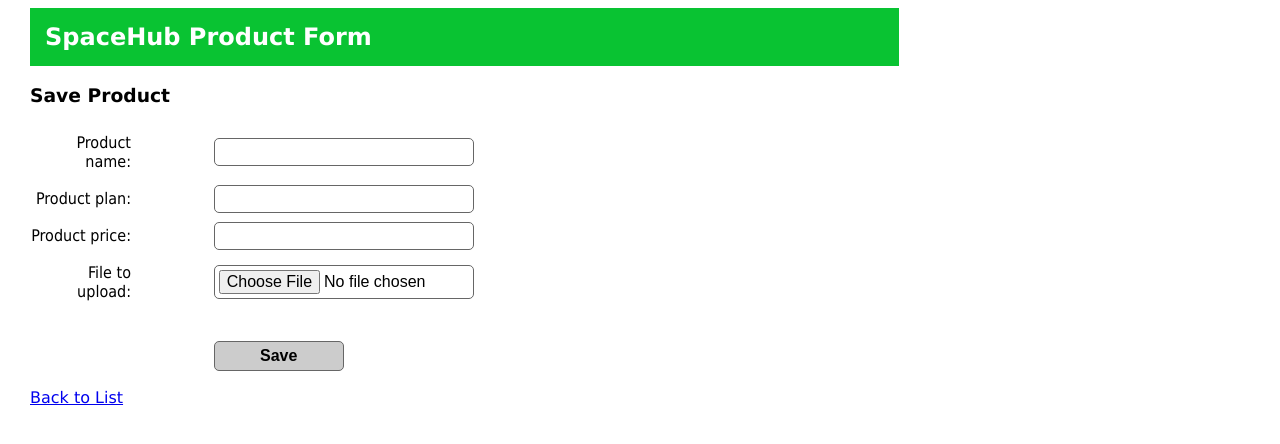
Repository: michellworld/SpaceHub-1
Page: http://localhost/spacehubWeb/WEB-INF/view/product-form.jsp
The author's editor kept a copy of each file at every save. The page is drawn from the files as they stood at one save, then again after the next save.
The browser window is 1280 px wide. The pictures show the whole page.
The page is served by Tomcat 9. Nobody is signed in. The template is opened directly, without the code that normally fills it, so the values that code supplies are empty.

Above is the page before, as saved 2020-01-08 10:07:04.

After the next save:
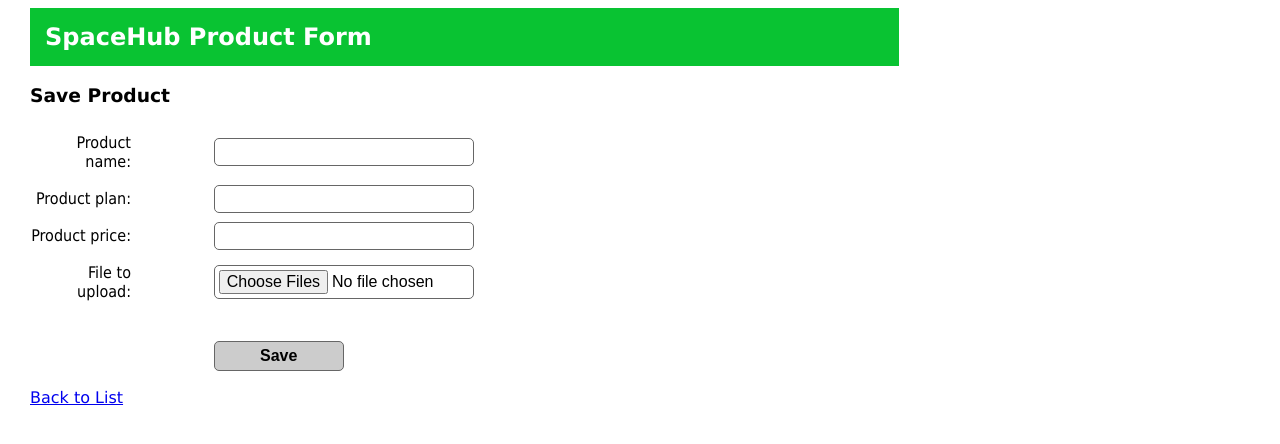
Saved 4 min 16 s later.
--- a/ProjectSpaceHub/spacehub/spacehubWeb/src/main/webapp/WEB-INF/view/product-form.jsp
+++ b/ProjectSpaceHub/spacehub/spacehubWeb/src/main/webapp/WEB-INF/view/product-form.jsp
@@ -49,7 +49,7 @@
 					</tr>
 					<tr>
 					  <td><label>File to upload:</label></td>
-					  <td><form:input type="file" path="productPhoto"/></td>
+					  <td> <input type="file" name="productPhoto" multiple="multiple"/></td>
 
 					</tr>
 					<tr>
